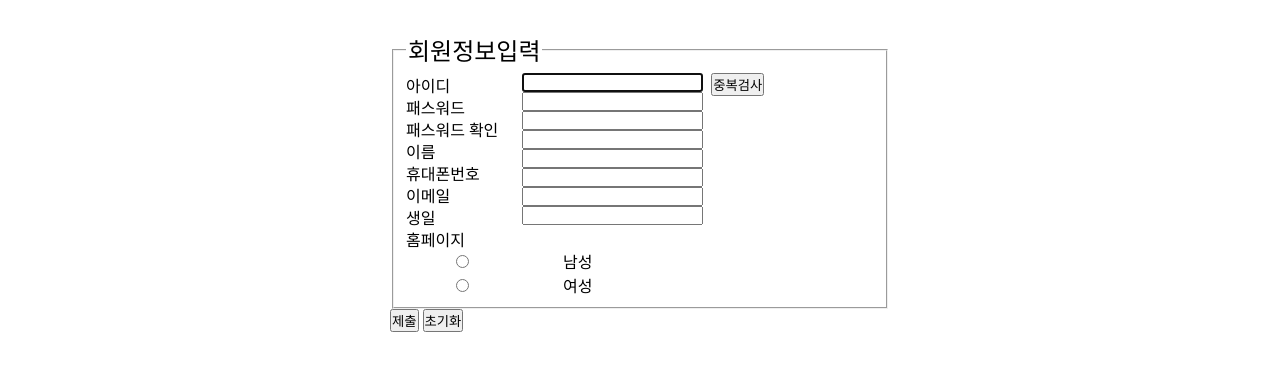
Repository: saysang22/servlet
Page: http://localhost/BookMarket/validationExample.jsp
An editor plug-in stored every save of this project. The page is shown before and after the next save, followed by the edit.
The browser window is 1280 px wide. The pictures show the whole page.
The page is served by Tomcat 10. Other server files are loaded and not shown.

Above is the page before, as saved 2024-05-31 08:13:21.

### BookMarket/src/main/webapp/validationExample.jsp
<%@ page language="java" contentType="text/html; charset=UTF-8"
    pageEncoding="UTF-8"%>
<!DOCTYPE html>
<html>
<head>
<meta charset="UTF-8">
<title>유효성 검사</title>
<link rel="stylesheet" href="./resources/css/validationExample.css"></link>
</head>
<body onload="signUp.id.focus()">
	<form method="post" action="#" name="signUp">
		<fieldset>
			<legend>회원정보입력</legend>
			<div class="wrap">
				<ul class="firstUl">
					<li><label for="id">아이디</label></li>
					<li><label for="passwd">패스워드</label></li>
					<li><label for="passwdCk">패스워드 확인</label></li>
					<li><label for="name">이름</label></li>
					<li><label for="tel">휴대폰번호</label></li>
					<li><label for="email">이메일</label></li>
					<li><label for="birth">생일</label></li>
					<li><label for="home">홈페이지</label></li>
				</ul>
				<ul class="lastUl">
					<li><input type="text" name="id" id="id"></li>
					<li><input type="text" name="passwd" id="passwd"></li>
					<li><input type="text" name ="passwdCk" id="passwdCk"></li>
					<li><input type="text" name="name" id="name"></li>
					<li><input type="text" name="tel" id="tel"></li>
					<li><input type="text" name="email" id="email"></li>
					<li><input type="text" name="birth" id="birth"></li>
					<li><input type="text" name="home" id="home"></li>
				</ul>
				<div class="idCkWrap">
					<input type="button" value="중복검사">
				</div>
			</div>
			<div class="radioWrap">
				<ul>
					<li>
						<input type="radio" name="gender" id="man" >
						<label for="man" class="label">남성</label>
					</li>
					<li>
						<input type="radio" name="gender" id="woman">
						<label for="woman" class="label">여성</label>
					</li>
				</ul>
			</div>
		</fieldset>
		<div class="buttonWrap">
			<input type="button" value="제출">
			<input type="reset" value="초기화">
		</div>
	</form>
</body>
</html>

### BookMarket/src/main/webapp/resources/css/validationExample.css
@charset "UTF-8";

form {
	width: 500px;
	margin: 2rem auto 0;
}

legend {
	font-size: 1.5rem;
}

input,
lable {
	padding: 0;
	margin: 0;
}

ul {
	list-style: none;
	padding: 0;
	margin: 0;

}

.wrap {
	display: flex;

}

.firstUl li{
	height: 22px;

}

.lastUl {
	margin: 0 0 0 1.5rem;
}

.idCkWrap {
	margin: 0 0 0 .5rem;

}

.radioWrap ul {
	display: flex;
	flex-direction: column;
	margin: 0 0 0 50px;
	width: 150px;

}

.label {
	margin: 0 0 0 90px
}

After the next save:
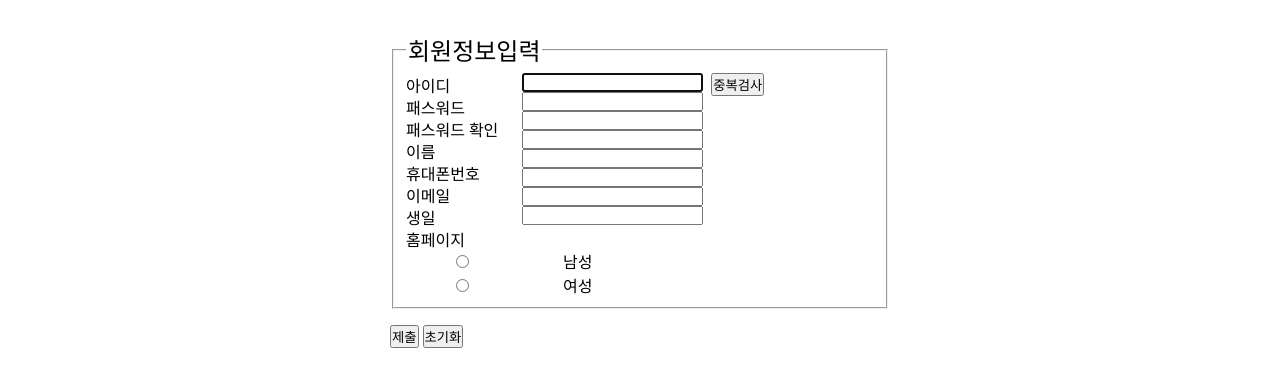
Saved 37 s later.
--- a/BookMarket/src/main/webapp/resources/css/validationExample.css
+++ b/BookMarket/src/main/webapp/resources/css/validationExample.css
@@ -52,3 +52,7 @@ ul {
 .label {
 	margin: 0 0 0 90px
 }
+
+.buttonWrap {
+	margin: 1rem 0 0 0;
+}
